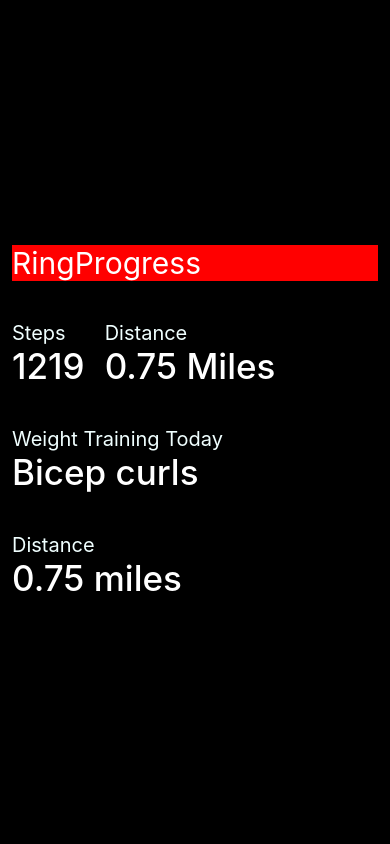
Repository: JamesPesenti/JiMTracker
Screen: /
The author's editor kept a copy of each file at every save. The screen is drawn from the files as they stood at one save, then again after the next save.
The app was drawn by React Native's web renderer in a window 390 px wide. The project was rebuilt for these pictures with package versions that can differ from the ones it lists, and the page was loaded fresh each time.

Above is the screen before, as saved 2023-06-16 13:30:01.

After the next save:
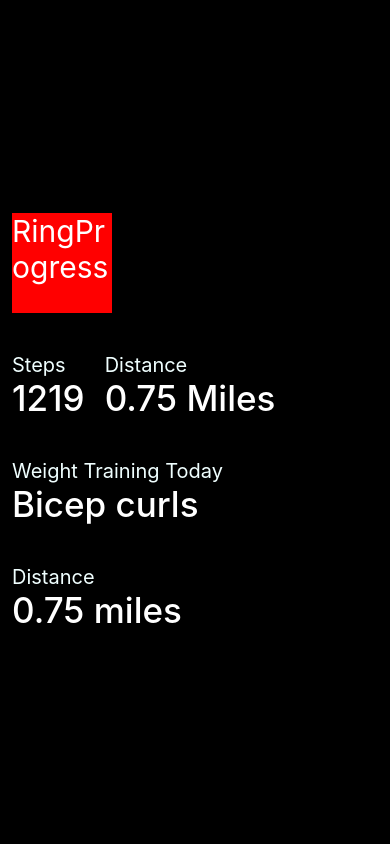
Saved 22 s later.
--- a/src/components/RingProgress.tsx
+++ b/src/components/RingProgress.tsx
@@ -2,11 +2,11 @@ import { StyleSheet, Text, View } from 'react-native'
 import React from 'react'
 
 type RingProgressProps = {
-   radius: number;
+   radius?: number;
 
 }
 
-const RingProgress = ({radius}: RingProgressProps) => {
+const RingProgress = ({radius = 50}: RingProgressProps) => {
   return (
     <View
       style={{width: radius * 2, height: radius * 2, backgroundColor: "red"}}
